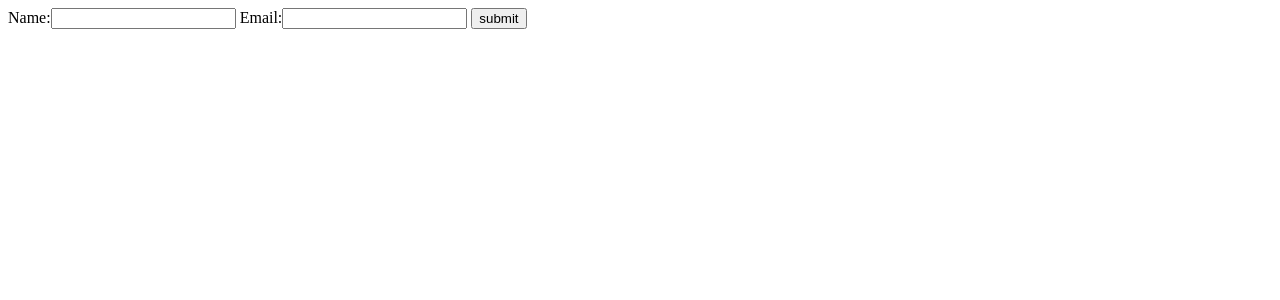
Repository: roshanpatil37407/Full_Stack_Java
Page: servlet_tutorial_3/src/main/webapp/index.html
The author's editor kept a copy of each file at every save. The page is drawn from the files as they stood at one save, then again after the next save.
The browser window is 1280 px wide. The pictures show the whole page.

Above is the page before, as saved 2025-09-30 12:09:49.

### servlet_tutorial_3/src/main/webapp/index.html
<!DOCTYPE html>
<html>
<head>
<meta charset="UTF-8">
<title>Insert title here</title>
</head>
<body>
<form action="sumitForm" method="post">
 Name:<input type="text" name="n">
 Email:<input type="email" name="e">
 <button type="submit">submit</button>
</form>
</body>
</html>

After the next save:
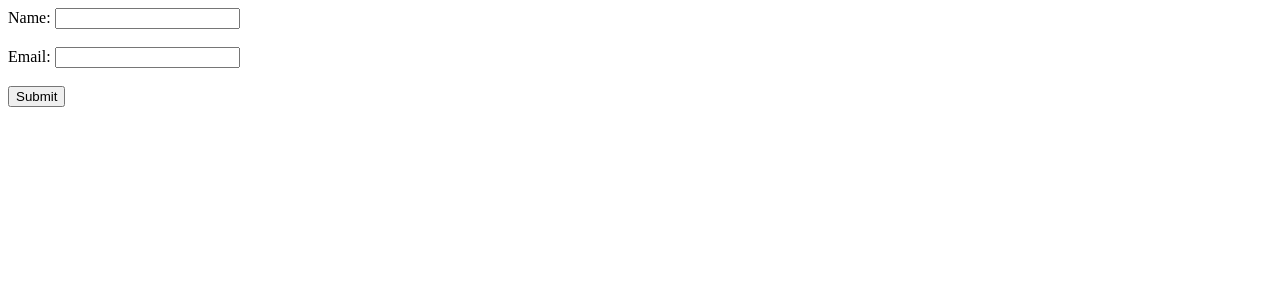
Saved 25 s later.
--- a/servlet_tutorial_3/src/main/webapp/index.html
+++ b/servlet_tutorial_3/src/main/webapp/index.html
@@ -2,13 +2,13 @@
 <html>
 <head>
 <meta charset="UTF-8">
-<title>Insert title here</title>
+<title>Form Example</title>
 </head>
 <body>
-<form action="sumitForm" method="post">
- Name:<input type="text" name="n">
- Email:<input type="email" name="e">
- <button type="submit">submit</button>
+<form action="sumitform" method="get">
+    Name: <input type="text" name="n"><br><br>
+    Email: <input type="email" name="e"><br><br>
+    <button type="submit">Submit</button>
 </form>
 </body>
 </html>
